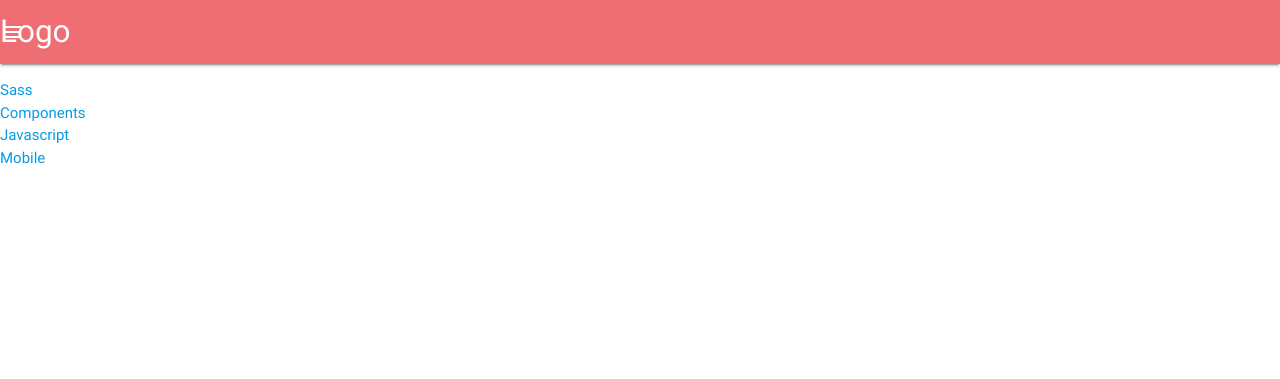
Repository: eldowling/lets-cook-together
Page: http://localhost/get_catalog?course=breakfast
The author's editor kept a record of every edit. The page is drawn from the files as they stood at one moment, then again after the next edit.
The browser window is 1280 px wide. The pictures show the whole page.
Some web libraries are served in a nearby version. The page is served by the project's application, run on Flask 3 (app.py). Queries for data that is not in the repository find no rows.

Above is the page before.

### templates/catalog.html
{% extends 'base.html'%} {% block content %}
<h1>Let's Cook Together Recipe Catalog</h1>

<div class="row">
    <div class="col-6">

    </div>

</div>

{% endblock %}

### templates/base.html
<!DOCTYPE html>
<html>

<head>
    <link href="https://fonts.googleapis.com/icon?family=Material+Icons" rel="stylesheet">
    <link rel="stylesheet" href="https://cdnjs.cloudflare.com/ajax/libs/materialize/0.100.2/css/materialize.min.css">
    <link rel="stylesheet" href="{{ url_for('static', filename='css/style.css') }}" type="text/css" />
</head>

<body>
    <nav>
        <div class="nav-wrapper">
            <a href="#!" class="brand-logo">Logo</a>
            <a href="#" data-target="mobile-demo" class="sidenav-trigger"><i class="material-icons">menu</i></a>
            <ul class="right hide-on-med-and-down">
                <li><a href="sass.html">Sass</a></li>
                <li><a href="badges.html">Components</a></li>
                <li><a href="collapsible.html">Javascript</a></li>
                <li><a href="mobile.html">Mobile</a></li>
            </ul>
        </div>
    </nav>

    <ul class="sidenav" id="mobile-demo">
        <li><a href="sass.html">Sass</a></li>
        <li><a href="badges.html">Components</a></li>
        <li><a href="collapsible.html">Javascript</a></li>
        <li><a href="mobile.html">Mobile</a></li>
    </ul>
</body>
</html>

### app.py
import os
from flask import Flask, render_template, redirect, request, url_for
from flask_pymongo import PyMongo
from bson.objectid import ObjectId

app = Flask(__name__)
app.config["MONGO_DBNAME"] = 'recipe_catalog'
app.config["MONGO_URI"] = 'mongodb+srv://root:r00tUser@myfirstcluster-pwjgy.mongodb.net/recipe_catalog?retryWrites=true&w=majority'
#app.config["MONGO_URI"] = os.getenv('MONGO_URI', 'mongodb://localhost')

mongo = PyMongo(app)


@app.route('/')
@app.route('/get_catalog')
def get_catalog():
    return render_template("catalog.html", recipes=mongo.db.tasks.find())

Loaded but not shown: static/css/style.css (no copy from this time; the picture is the same without it)

After the next edit:
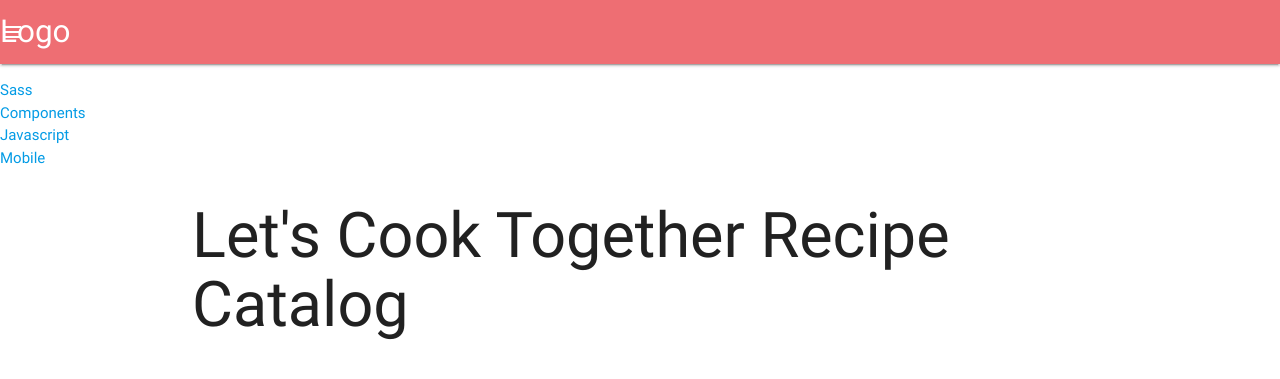
The edit:
--- a/templates/base.html
+++ b/templates/base.html
@@ -28,4 +28,22 @@
         <li><a href="mobile.html">Mobile</a></li>
     </ul>
 </body>
+
+<div class="container">
+        {% block content %} {% endblock %}
+    </div>
+
+    <script src="https://cdnjs.cloudflare.com/ajax/libs/jquery/3.2.1/jquery.min.js"></script>
+    <script src="https://cdnjs.cloudflare.com/ajax/libs/materialize/0.100.2/js/materialize.min.js"></script>
+    <script type="text/javascript">
+document.addEventListener('DOMContentLoaded', function() {
+    var elems = document.querySelectorAll('.sidenav');
+    var instances = M.Sidenav.init(elems, options);
+  });
+
+  // Or with jQuery
+
+  $(document).ready(function(){
+    $('.sidenav').sidenav();
+  });
 </html>
